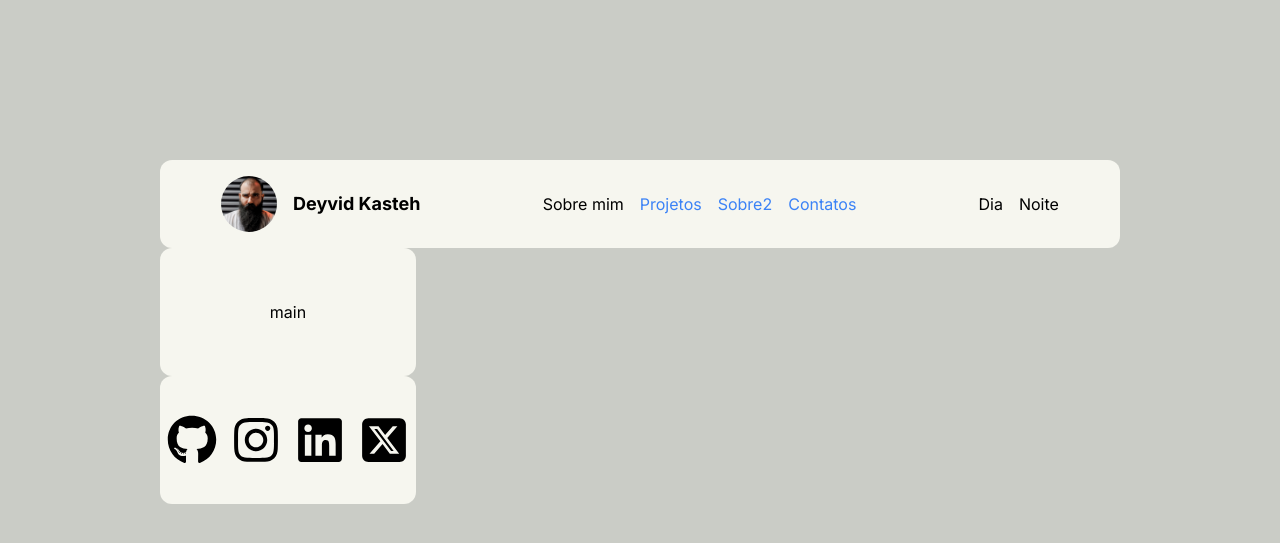
Repository: Deyvid-Kasteh/kasteh_portfolio
Page: /
The author's editor kept a copy of each file at every save. The page is drawn from the files as they stood at one save, then again after a run of saves.
The browser window is 1280 px wide. The pictures show the whole page.
The project was rebuilt for these pictures with package versions that can differ from the ones it lists, and the page was loaded fresh each time. The framework's server and built-in components were replaced by stand-ins that run in the browser. Also part of the build but not shown: next.config.mjs.

Above is the page before, as saved 2024-03-24 18:08:21.

After the next 2 saves:
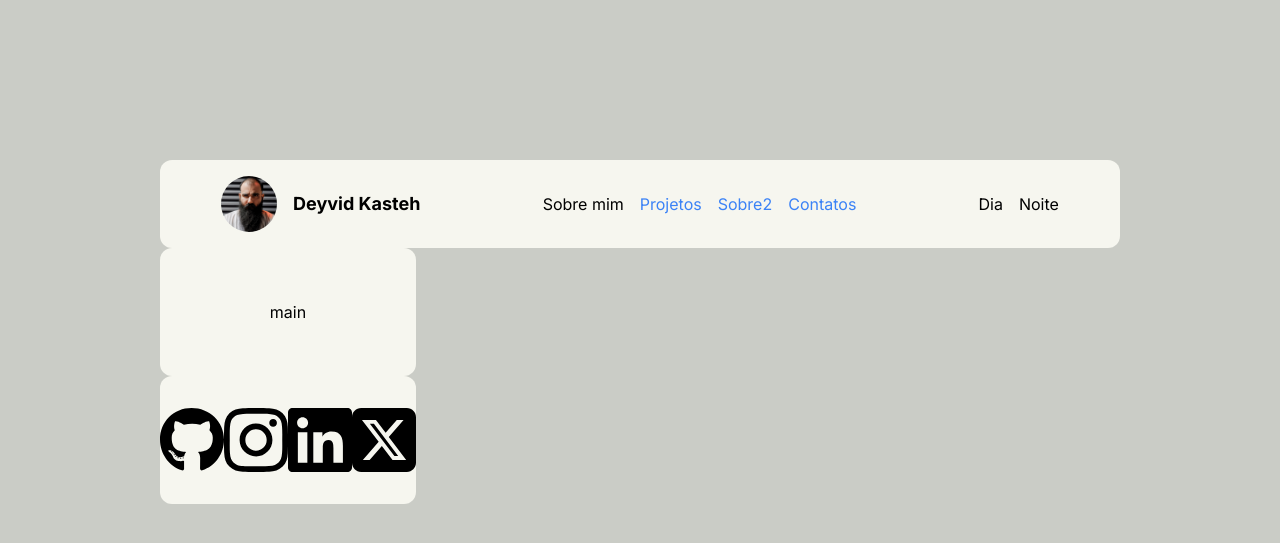
The 2 saves are shown as one change because they came seconds apart.
The last was saved 39 s later.
--- a/src/app/components/footer.tsx
+++ b/src/app/components/footer.tsx
@@ -8,7 +8,7 @@ import { FaSquareXTwitter } from "react-icons/fa6";
 
 const Footer: React.FC = () => {
   return (
-    <main className="bg-customGrayComponents flex justify-around items-center py-4 rounded-xl w-64 h-32 text-[50px]">
+    <main className="bg-customGrayComponents flex justify-around items-center py-4 rounded-xl w-64 h-32 text-[100px]">
       <FaGithub />
       <FaInstagram />
       <FaLinkedin />
